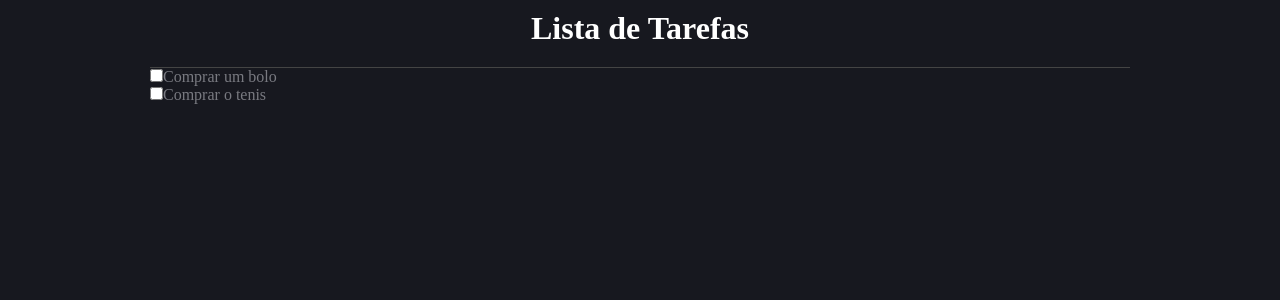
Repository: Wink07/lista-tarefas
Page: /
These files come from the project's save history. The page is drawn as it stood at one moment and after the next save; the edit follows.
The browser window is 1280 px wide. The pictures show the whole page.
The project was rebuilt for these pictures with package versions that can differ from the ones it lists, and the page was loaded fresh each time. Also part of the build but not shown: vite.config.ts.

Above is the page before, as saved 2022-05-10 18:24:58.

After the next save:
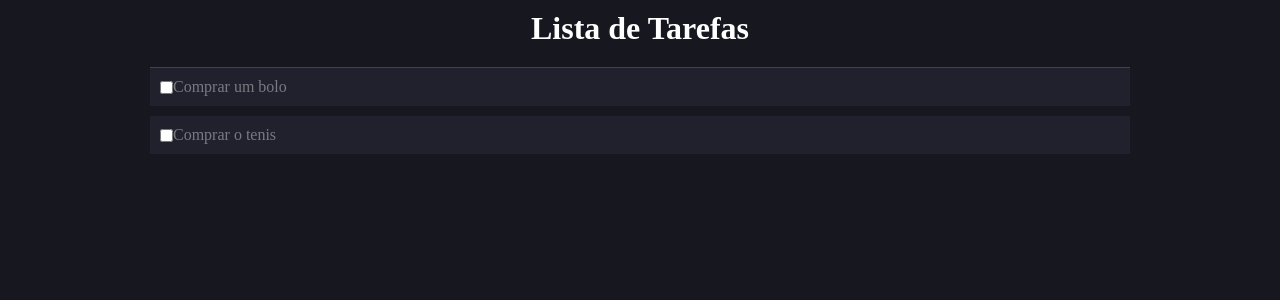
Saved 74 s later.
--- a/src/components/ListItem/styles.ts
+++ b/src/components/ListItem/styles.ts
@@ -2,4 +2,10 @@
 import styled from 'styled-components'
 
 export const Container = styled.div`
+    display: flex;
+    background-color: #20212C;
+    padding: 10px;
+    boder-radius: 10px;
+    margin-bottom: 10px;
+    align-items: center;
 `;
